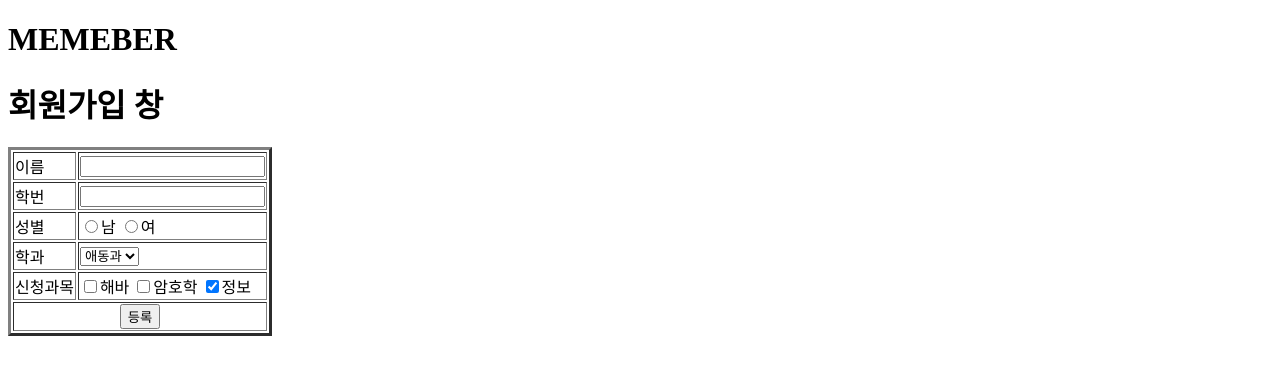
Repository: i-kemen/jsp
Page: http://localhost/WebTest/memeber.jsp
These files come from the project's save history. The page is drawn as it stood at one moment and after the next save; the edit follows.
The browser window is 1280 px wide. The pictures show the whole page.
The page is served by Tomcat 10.

Above is the page before, as saved 2023-06-22 05:18:04.

After the next save:
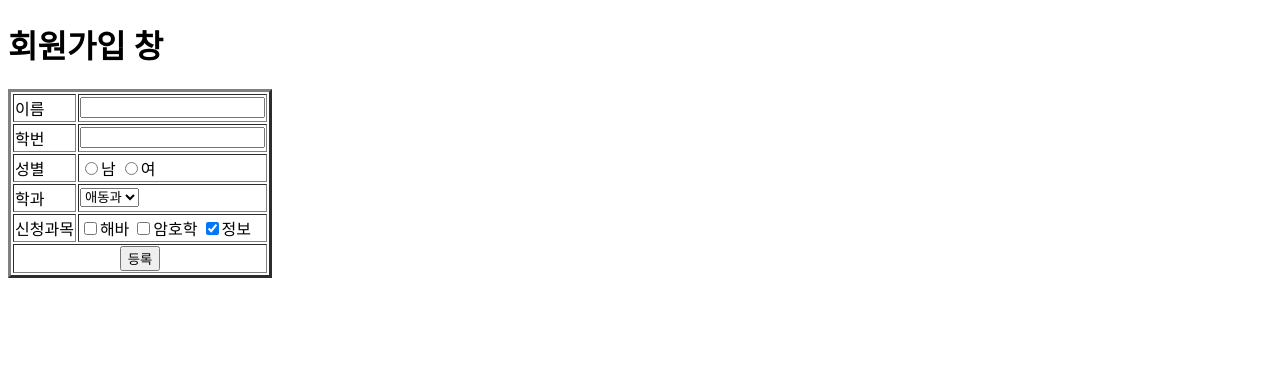
Saved 20 s later.
--- a/WebTest/src/main/webapp/memeber.jsp
+++ b/WebTest/src/main/webapp/memeber.jsp
@@ -7,9 +7,7 @@
 <title>Insert title here</title>
 </head>
 <body>
-    <h1>MEMEBER</h1>
-    <form method="post" action="memberProc.jsp">
-<h1> 회원가입 창</h1>
+<h1>회원가입 창</h1>
     <form action="memberProc.jsp" methos="GET">
     <table border="3">
     <tr>
